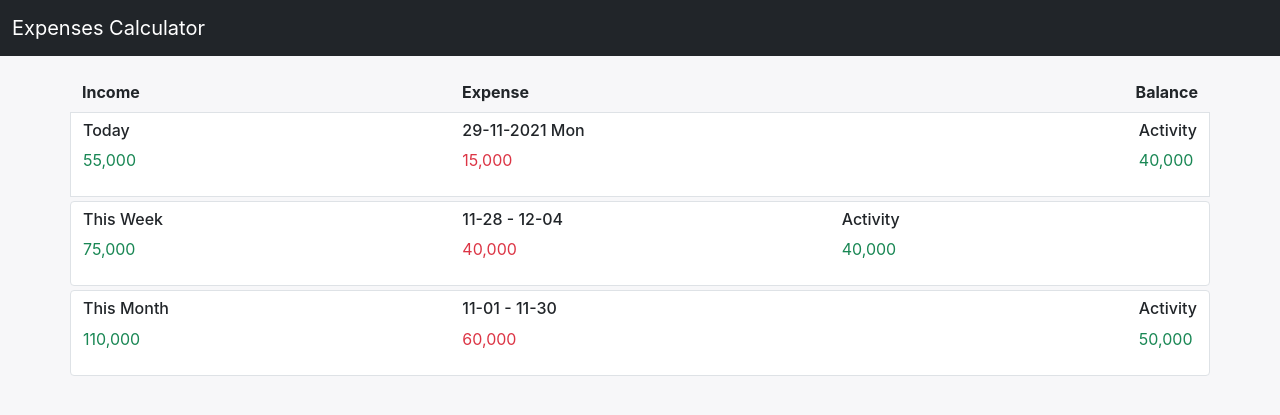
Repository: eidankhan/expenses-calculator
Page: /
The author's editor kept a copy of each file at every save. The page is drawn from the files as they stood at one save, then again after the next save.
The browser window is 1280 px wide. The pictures show the whole page.
The project was rebuilt for these pictures with package versions that can differ from the ones it lists, and the page was loaded fresh each time. Also part of the build but not shown: src/components/SaveIncome.js.

Above is the page before, as saved 2021-11-29 18:15:05.

After the next save:
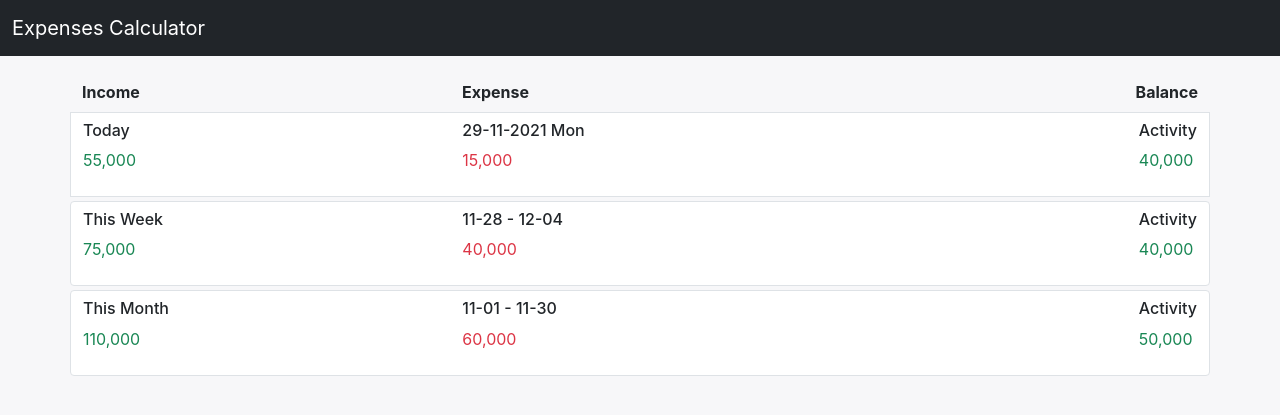
Saved 36 s later.
--- a/src/components/IncomeSummary.js
+++ b/src/components/IncomeSummary.js
@@ -45,8 +45,10 @@ export const IncomeSummary = () => {
           <p className="text-danger"> 40,000</p>
         </div>
         <div className="col-md-4 my-2">
-          <h6> Activity </h6>
-          <p className="text-success"> 40,000</p>
+          <div className="float-end">
+            <h6> Activity </h6>
+            <p className="text-success"> 40,000</p>
+          </div>
         </div>
       </div>
       <div
